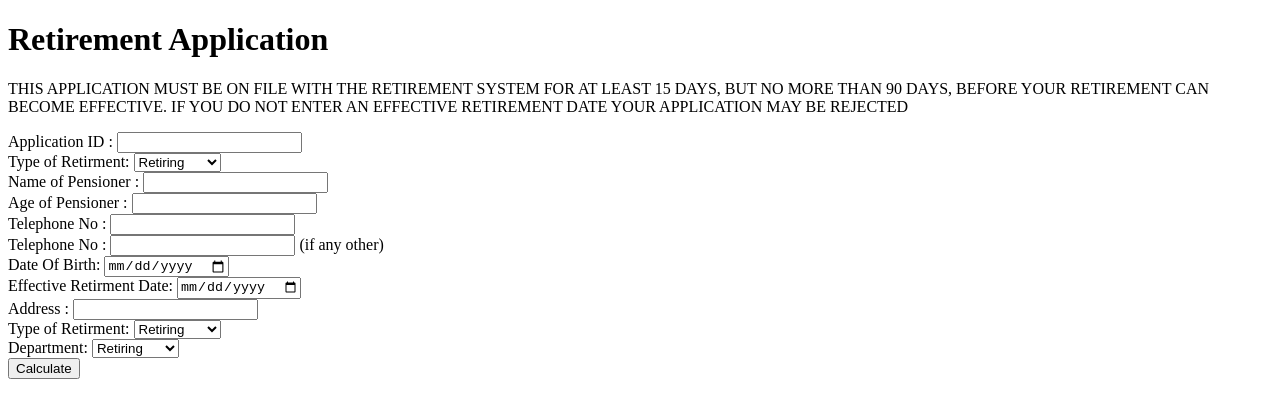
Repository: AQSA-ABDULLAH/RetirementManagmentSystem
Page: RetimentManagmentSystem/src/main/webapp/RetirementApplicationForm.html
These files come from the project's save history. The page is drawn as it stood at one moment and after the next save; the edit follows.
The browser window is 1280 px wide. The pictures show the whole page.

Above is the page before, as saved 2023-08-13 18:30:53.

### RetimentManagmentSystem/src/main/webapp/RetirementApplicationForm.html
<!DOCTYPE html>
<html>
<head>
<meta charset="ISO-8859-1">
<title>Retirment Application</title>
</head>
<body>
  <h1>Retirement Application</h1>
  <form method="post" action="myservlet">

	<p>THIS APPLICATION MUST BE ON FILE WITH THE RETIREMENT SYSTEM FOR AT LEAST 15 DAYS, BUT NO MORE THAN 90
DAYS, BEFORE YOUR RETIREMENT CAN BECOME EFFECTIVE. IF YOU DO NOT ENTER AN EFFECTIVE RETIREMENT DATE
YOUR APPLICATION MAY BE REJECTED</p>

	<label for="id">Application ID :</label>
    <input type="number" id="id" required><br>

	<label for="type">Type of Retirment:</label>
	<select id="fruits" name="fruits">
		<option value="apple">Retiring</option>
		<option value="banana">Banana</option>
        <option value="orange">Orange</option>
        <option value="grape">Grape</option>
        <option value="strawberry">Strawberry</option>
      </select><br>

    <label for="name">Name of Pensioner :</label>
    <input type="text" id="name" required><br>

    <label for="age">Age of Pensioner :</label>
    <input type="number" id="age" required><br>

    <label for="phoneno">Telephone No :</label>
    <input type="number" id="phoneno" required><br>

    <label for="phoneno">Telephone No :</label>
    <input type="number" id="phoneno" required>
    <span>(if any other)</span><br>

    <label for="DateBirth">Date Of Birth:</label>
    <input type="date" id="DateBirth" required><br>

    <label for="DateRetirment">Effective Retirment Date:</label>
    <input type="date" id="DateRetirment" required><br>

    <label for="address">Address :</label>
    <input type="text" id="address" required>
    <br>

    <label for="type">Type of Retirment:</label>
	<select id="fruits" name="fruits">
		<option value="apple">Retiring</option>
		<option value="banana">Banana</option>
        <option value="orange">Orange</option>
        <option value="grape">Grape</option>
        <option value="strawberry">Strawberry</option>
      </select><br>

    <label for="department">Department:</label>
	<select id="fruits" name="fruits">
		<option value="apple">Retiring</option>
		<option value="banana">Banana</option>
        <option value="orange">Orange</option>
        <option value="grape">Grape</option>
        <option value="strawberry">Strawberry</option>
      </select><br>

    <button type="button">Calculate</button>
  </form>

  <p id="result"></p>
</body>
</html>

After the next save:
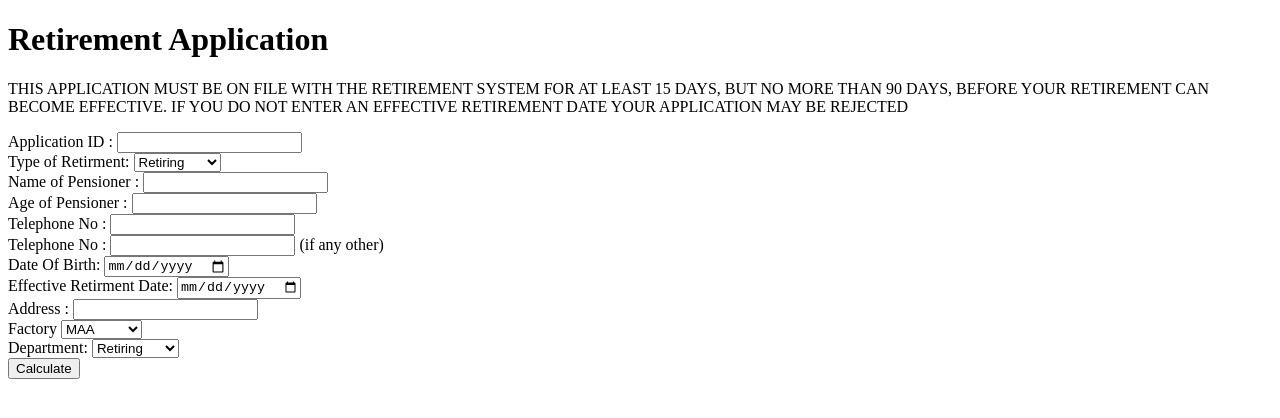
Saved 112 s later.
--- a/RetimentManagmentSystem/src/main/webapp/RetirementApplicationForm.html
+++ b/RetimentManagmentSystem/src/main/webapp/RetirementApplicationForm.html
@@ -47,13 +47,13 @@ YOUR APPLICATION MAY BE REJECTED</p>
     <input type="text" id="address" required>
     <br>
 
-    <label for="type">Type of Retirment:</label>
-	<select id="fruits" name="fruits">
-		<option value="apple">Retiring</option>
-		<option value="banana">Banana</option>
-        <option value="orange">Orange</option>
-        <option value="grape">Grape</option>
-        <option value="strawberry">Strawberry</option>
+    <label for="factory">Factory</label>
+	<select id="factory" name="factory">
+		<option value="maa">MAA</option>
+		<option value="Co4">CO-4</option>
+        <option value="brasemill">Brase Mill</option>
+        <option value="textile">Textile</option>
+        <option value="explosive">explosive</option>
       </select><br>
 
     <label for="department">Department:</label>
